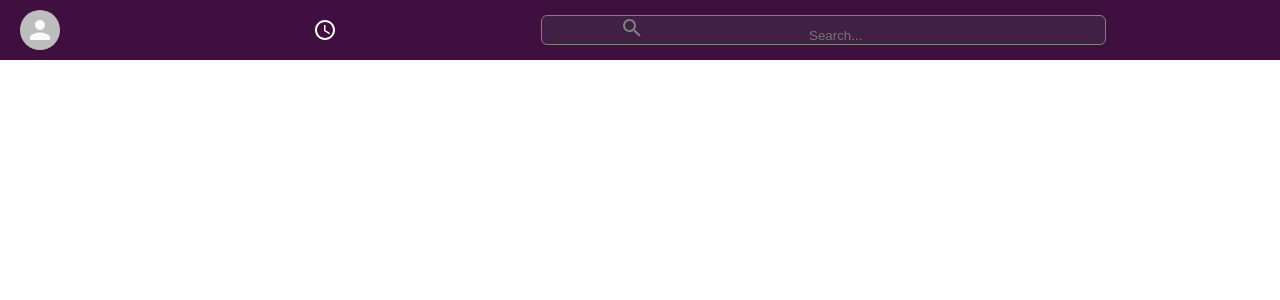
Repository: KrzysKolo/slackClone
Page: /
These files come from the project's save history. The page is drawn as it stood at one moment and after the next save; the edit follows.
The browser window is 1280 px wide. The pictures show the whole page.
The project was rebuilt for these pictures with package versions that can differ from the ones it lists, and the page was loaded fresh each time. Also part of the build but not shown: src/App.css.

Above is the page before, as saved 2021-12-22 17:55:39.

After the next save:
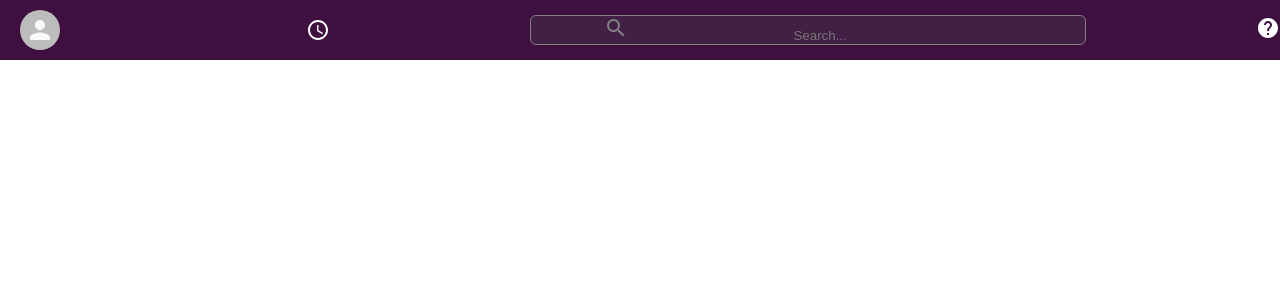
Saved 17 s later.
--- a/src/components/Header/Header.js
+++ b/src/components/Header/Header.js
@@ -22,7 +22,7 @@ const Header = () => {
       </HeaderSearch>
       {/*  Header Right */}
       <HeaderRight>
-
+        <HelpIcon />
       </HeaderRight>
     </HeaderContainer>
   )
